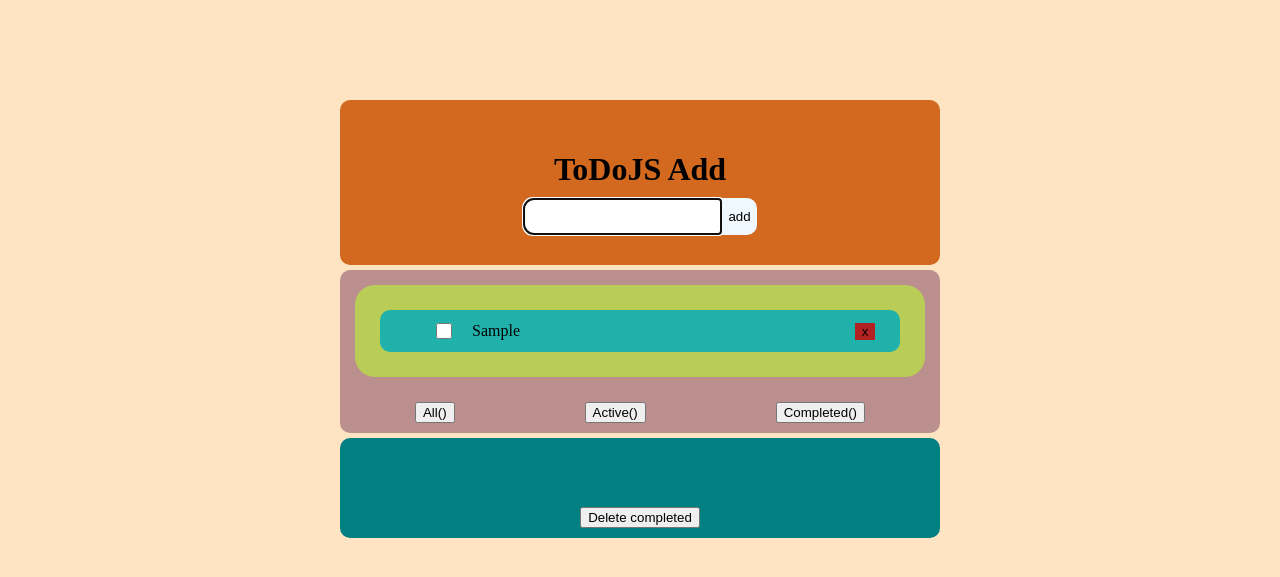
Repository: Savich01/ToDo
Page: index.html
An editor plug-in stored every save of this project. The page is shown before and after the next save, followed by the edit.
The browser window is 1280 px wide. The pictures show the whole page.
Empty fields were first filled with sample values (such as "Sample", 5 or name@example.com).
After loading, the first visible `form.personal` was submitted once.

Above is the page before, as saved 2024-05-06 14:41:03.

### index.html
<!DOCTYPE html>
<html lang="en">
<head>
    <meta charset="UTF-8">
    <meta name="viewport" content="width=device-width, initial-scale=1.0">
    <link rel="stylesheet" href="css/style.css">
    <title>ToDO</title>
</head>
<body>
    <header class="header">
        <div class="header-block">
            <div class="header-block__sub">
                <h1 class="title">ToDoJS Add</h1>
                <form class="personal" action="#">
                    <input class="personal-input" type="text">
                    <button class="personal-btn">add</button>
                </form>
            </div>
        </div>
    </header>
     <main class="main">
        <div class="main-block">

            <div class="main-container">
                <!-- <ul class="main-container--list">
                    <li class="main-container--list-link">
                        <input class="main-checked" type="checkbox" data-action = "done">
                        <span class="main-text">lorem</span>
                    </li>
                    <button class="main--list-btn" data-action = "delete">
                        х
                    </button>
               </ul>  -->
            </div>




            <div class="main-button">
                 <button class="main-btn1">All()</button>
                 <button class="main-btn2">Active()</button>
                 <button class="main-btn3">Completed()</button>
            </div>
            </div>
     </main>
     <footer class="footer">
        <div class="footer-block">
            <div class="footer-btn">
                <button class="btn">Delete completed</button>
            </div>
        </div>
     </footer>
        <script src="js/script.js"></script>
</body>
</html>

### css/style.css
ul,li {
    text-decoration: none;
    list-style: none;
}


/*------------HEADER-------------------------------------*/

body {
    max-width: 100%;
    background: #FFE4C4;
}
.header {
    margin-top: 100px;
    margin-bottom: 5px;
}
.header-block {
    max-width: 600px;
    margin: 0 auto;
    background: #D2691E;
    border-radius: 10px;
}
 .header-block__sub {
    display: flex;
    flex-direction: column;
    justify-content: center;
    align-items: center;
    padding: 30px 0px;
 }

 .title {
    margin-bottom: 10px;
 }

 .personal {
    display: flex;
    justify-content: center;
 }

 .personal-input{
    padding: 10px;
    border: 1px solid #000;
    border-radius: 10px 0px 0px 10px;
 }
.personal-btn {
    border: none;
    background-color: aliceblue;
    border-radius: 0px 10px 10px 0px;
    cursor: pointer;
}
/*------------------MAIN-------------------------------------*/

.main-block {
   max-width: 600px;
   margin: 0 auto;
   background: #BC8F8F;
   min-height: 70px;
   border-radius: 10px;
   display:flex;
   flex-direction: column;
   justify-content: space-between;
   margin-bottom: 5px;
}
.main-button {
    padding: 10px;
    display: flex;
    align-items: flex-end;
    justify-content: space-around

}
.main-container {
    background: rgba(183, 231, 62, 0.699);
    border-radius: 20px;
    margin: 15px;
    /* display: none; */
}
.main-container--list{
    background-color: #20B2AA;
    border-radius: 10px;
    margin: 25px;
    display: flex;
    align-items: center;
    justify-content: space-between;
}
.main-container--list-link {
    padding: 10px;
    display: flex;
    align-items: center;
}
.main-checked{
    width: 20px;
    height: 16px;
    cursor: pointer;
}
.main-text{
    display: inline-block;
    margin-left: 15px;
}
.main--list-btn{
    min-width: 20px;
    max-width: 23px;
    background: #FFFFE0;
    align-items: center;
    margin-right: 25px;
    cursor: pointer;
    border: none;
    background: #B22222;
}

/*------------------FOOTER--------------------------------------------------*/

.footer-block {
    max-width: 600px;
    margin: 0 auto;
    background: #008080;
    height: 100px;
    border-radius: 10px;
    display: flex;
    align-items: flex-end;
    justify-content: space-around;
}
.footer-btn {
    padding: 10px;
}

### js/script.js
"Use strict";

const form = document.querySelector('.personal');
const input = document.querySelector('.personal-input');
const block = document.querySelector('.main-container');
const addList = document.querySelector('.main-container--list')


function addTask(){
    // Отменяем отправку формы
    event.preventDefault();

    // Достаем текст задачи из поля ввода

    const taskText = input.value;
    console.log(taskText);

    //Формируем разметку для новой задачи

    const taskHTML = `<ul class="main-container--list">
                    <li class="main-container--list-link">
                        <input class="main-checked" type="checkbox">
                        <span class="main-text">${taskText}</span>
                    </li>
                    <button class="main--list-btn">
                        х
                    </button>
               </ul>
                        `


    // Добавляем задачу на страницу

    block.insertAdjacentHTML('beforeend', taskHTML)

    // Отчищаем поле ввода

    input.value = '';
    input.focus();
}



// Добавление задачи
form.addEventListener('submit', addTask);

// // Удаление задачи
block.addEventListener('click', deleteTask);

function deleteTask(event){


    if(event.target.dataset.action === 'delete'){
        console.log('delete!!!');
    };
};

After the next save:
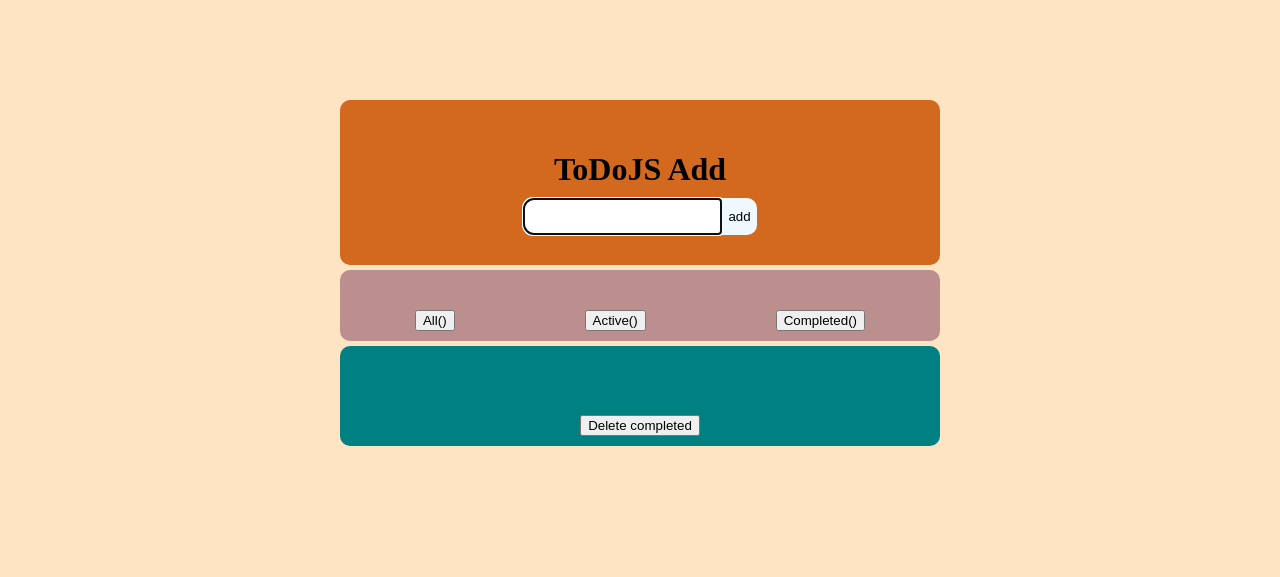
Saved 57 s later.
--- a/js/script.js
+++ b/js/script.js
@@ -17,15 +17,15 @@ function addTask(){
 
     //Формируем разметку для новой задачи
 
-    const taskHTML = `<ul class="main-container--list">
+    const taskHTML = `<!-- <ul class="main-container--list">
                     <li class="main-container--list-link">
-                        <input class="main-checked" type="checkbox">
+                        <input class="main-checked" type="checkbox" data-action = "done">
                         <span class="main-text">${taskText}</span>
                     </li>
-                    <button class="main--list-btn">
+                    <button class="main--list-btn" data-action = "delete">
                         х
                     </button>
-               </ul>
+               </ul>  -->
                         `
 
 
